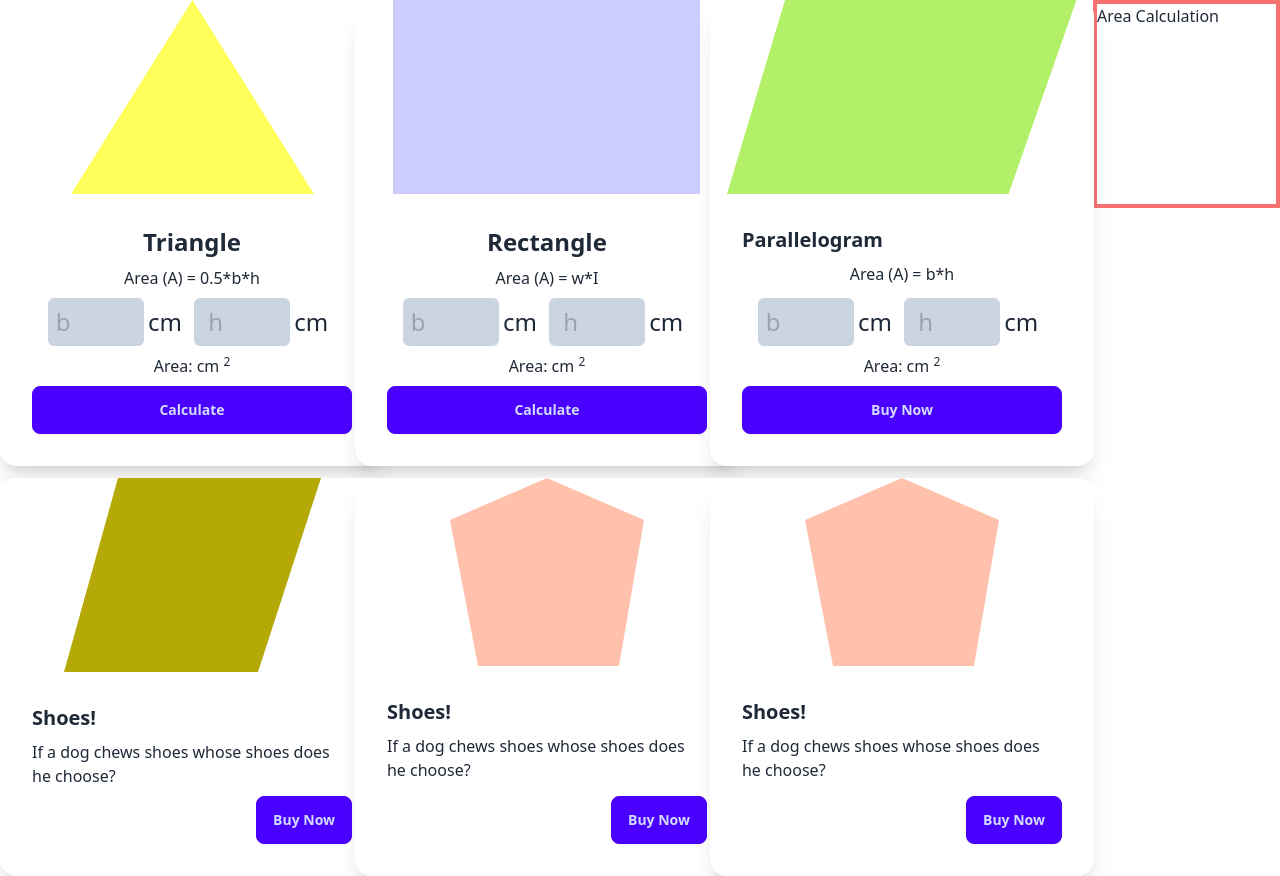
Repository: RudrasahaDibos/geometry
Page: index.html
These files come from the project's save history. The page is drawn as it stood at one moment and after a run of saves; the edit follows.
The browser window is 1280 px wide. The pictures show the whole page.
Some web libraries are served in a nearby version.

Above is the page before, as saved 2024-11-03 22:17:41.

After the next 3 saves:
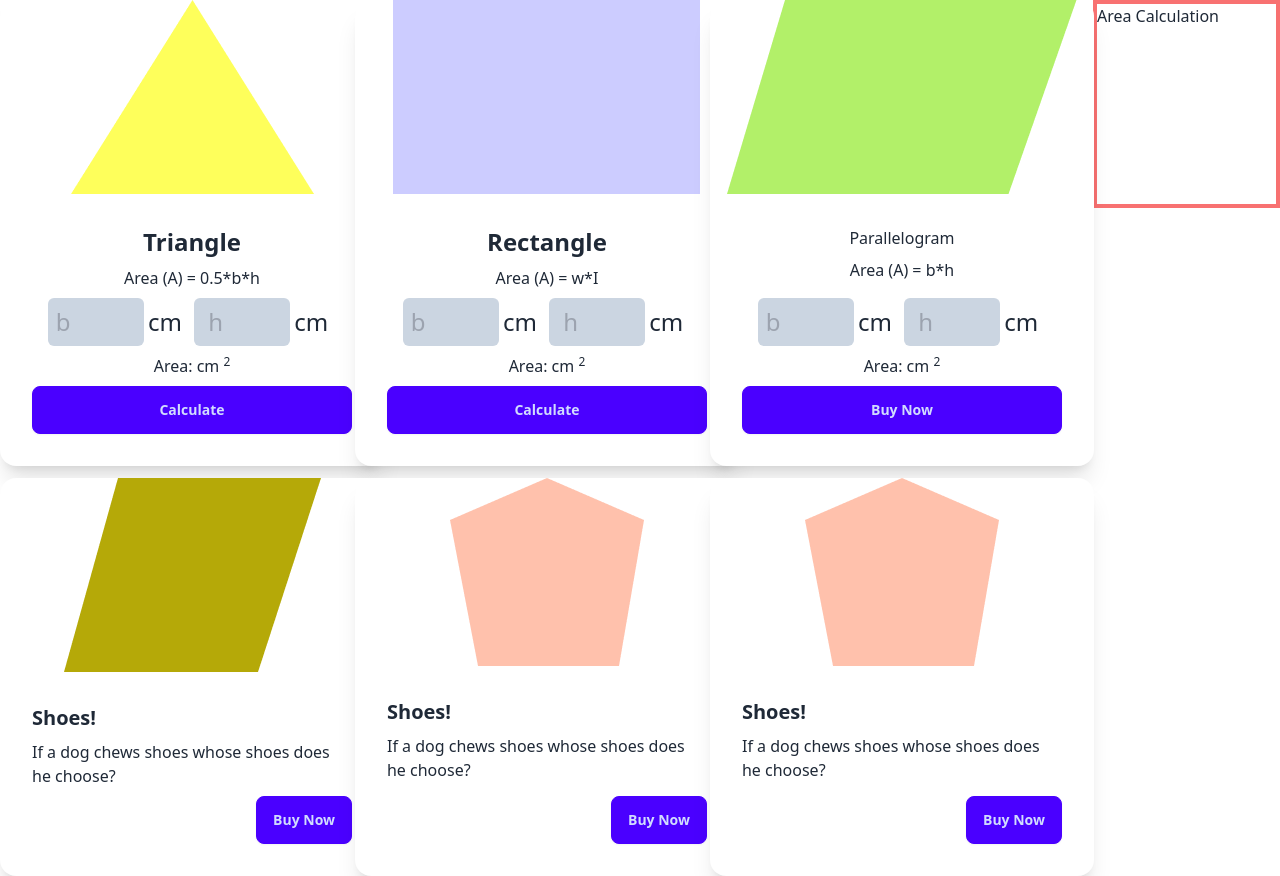
The 3 saves are shown as one change because they came seconds apart.
The last was saved 12 s later.
--- a/index.html
+++ b/index.html
@@ -85,7 +85,7 @@
                                     alt="Shoes" />
                                 </figure>
                                 <div class="card-body text-center">
-                                  <h2 class="card-title ">Parallelogram</h2>
+                                  <h2 class="text- ">Parallelogram</h2>
                                   <p>Area (A) = b*h</p>
                                   <div>
                                     <input id="parallelogram-width" class="w-24 text-2xl bg-slate-300 p-2 rounded-md" type="text" name="" id="" placeholder="b">
